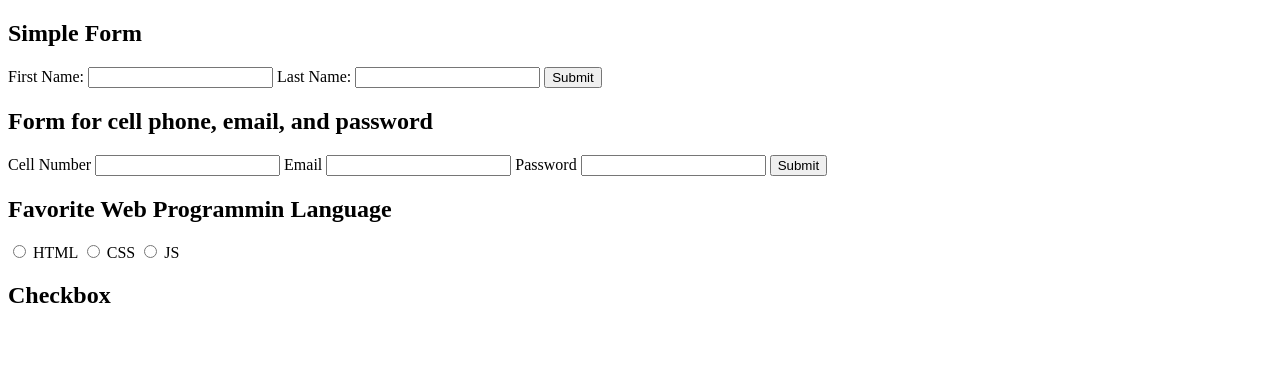
Repository: TheTroyPhillips/Block14
Page: Coursework/Block10/index.html
These files come from the project's save history. The page is drawn as it stood at one moment and after a run of saves; the edit follows.
The browser window is 1280 px wide. The pictures show the whole page.

Above is the page before, as saved 2023-09-07 19:39:14.

After the next 3 saves:
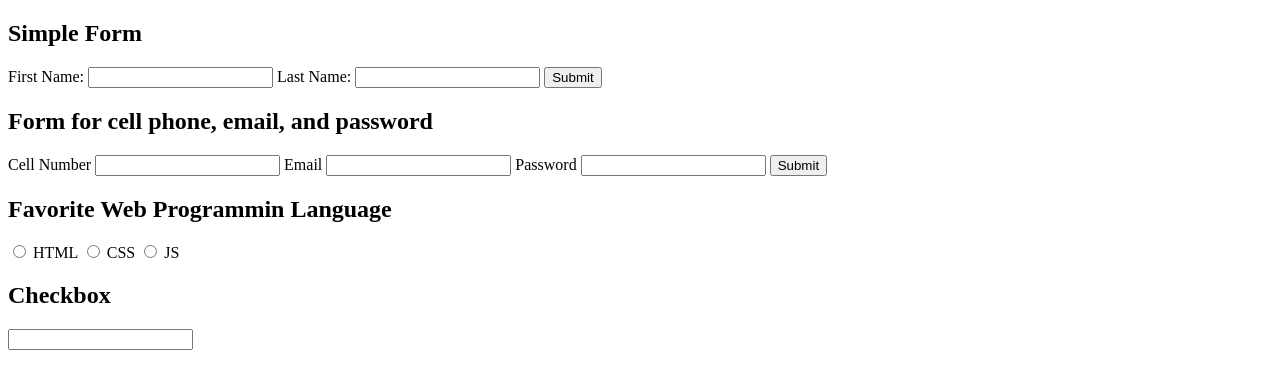
The 3 saves are shown as one change because they came seconds apart.
The last was saved 10 s later.
--- a/Coursework/Block10/index.html
+++ b/Coursework/Block10/index.html
@@ -42,7 +42,9 @@
     </article>
     <article>
         <h2>Checkbox</h2>
-        <form action=""></form>
+        <form>
+            <input type="text">
+        </form>
     </article>
 </body>
 </html>
